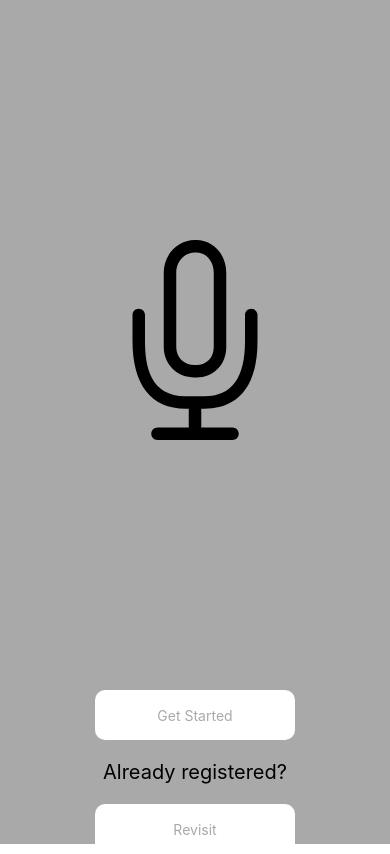
Repository: mortiestmorty1/recordings-app
Screen: / (app in frontend/)
The author's editor kept a copy of each file at every save. The screen is drawn from the files as they stood at one save, then again after the next save.
The app was drawn by React Native's web renderer in a window 390 px wide. The project was rebuilt for these pictures with package versions that can differ from the ones it lists, and the page was loaded fresh each time. Also part of the build but not shown: frontend/components/registerUser.js.

Above is the screen before, as saved 2024-03-07 23:44:51.

### frontend/App.js
import { StatusBar } from 'expo-status-bar';
import { StyleSheet, View } from 'react-native';
import RegisterUser from './components/registerUser.js';
import React from 'react';
import FirstScreen from './components/firstscreen.js';

export default function App() {
  const handleRegistrationSuccess = (userData) => {
    console.log('User registered:', userData);
  };

  return (
    <View style={styles.container}>
      <FirstScreen />
      {/* <RegisterUser onSubmit={handleRegistrationSuccess} /> */}
      <StatusBar style="auto" />
    </View>
  );
}

const styles = StyleSheet.create({
  container: {
    flex: 1,
    backgroundColor: '#fff',
    alignItems: 'center',
    justifyContent: 'center',
  },
});

### frontend/components/firstscreen.js
import React from 'react';
import { View, Text, StyleSheet, TouchableOpacity } from 'react-native';
import { Svg, Path } from 'react-native-svg';

const FirstScreen = () => {
  return (
    <View style={styles.container}>
      <Svg style={styles.logo} fill="#000000" width="200" height="200" viewBox="0 0 1024 1024">
        <Path d="M510.88 704h7.6C607.44 704 672 638.4 672 548.032V166.624C672 73.184 604.56 0 518.466 0h-7.584C423.264 0 352 74.752 352 166.624v381.408C352 636.944 420.304 704 510.88 704zM416 166.624C416 110.032 458.56 64 510.88 64h7.6C569.504 64 608 108.128 608 166.624v381.408C608 603.024 572.032 640 518.464 640h-7.584c-55.872 0-94.88-37.808-94.88-91.968zM800 352c-17.68 0-32 14.336-32 32v133.072c0 190.4-67.968 282.929-207.744 282.929H465.12c-182.8 0-209.12-153.84-209.12-282.928V384.001c0-17.664-14.336-32-32-32s-32 14.336-32 32v133.072c0 220.496 91.888 346.928 273.12 346.928H480v96H320c-17.664 0-32 14.336-32 32s14.336 32 32 32h384c17.664 0 32-14.336 32-32s-14.336-32-32-32H544v-96h16.256C684.224 864.001 832 803.809 832 517.072V384c0-17.664-14.32-32-32-32z" />
      </Svg>
      <View style={styles.content}>
        <TouchableOpacity style={styles.btn1} onPress={() => console.log("Get Started pressed")}>
          <Text style={styles.btnText}>Get Started</Text>
        </TouchableOpacity>
        <Text style={styles.text}>Already registered?</Text>
        <TouchableOpacity style={styles.btn1} onPress={() => console.log("Revisit pressed")}>
          <Text style={styles.btnText}>Revisit</Text>
        </TouchableOpacity>
      </View>
    </View>
  );
};

const styles = StyleSheet.create({
  container: {
    flex: 1,
    width: '100%', // Ensure the container spans the full width
    height: '100%',
    justifyContent: 'center',
    alignItems: 'center',
    backgroundColor: '#A9A9A9',
  },
  logo: {
    width: 200,
    height: 200,
    bottom: 100, // Changed from bottom to marginBottom for better layout control
  },
  text: {
    fontSize: 20,
    margin: 20,
  },
  content: {
    justifyContent: 'center',
    alignItems: 'center',
    top: 250, // Changed from top to marginTop for better layout control
  },
  btn1: {
    width: 200,
    height: 50,
    backgroundColor: 'white',
    borderRadius: 10,
    justifyContent: 'center',
    alignItems: 'center',
  },
  btnText: {
    color: '#A9A9A9', // Style for the text inside TouchableOpacity
  },
});

export default FirstScreen;

After the next save:
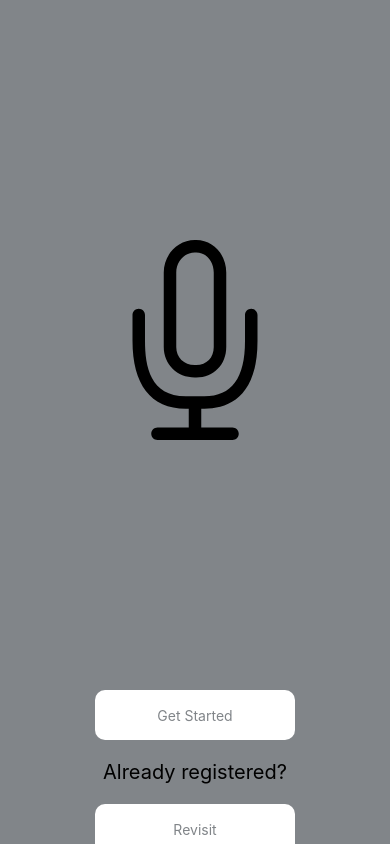
Saved 26 s later.
--- a/frontend/components/firstscreen.js
+++ b/frontend/components/firstscreen.js
@@ -28,7 +28,7 @@ const styles = StyleSheet.create({
     height: '100%',
     justifyContent: 'center',
     alignItems: 'center',
-    backgroundColor: '#A9A9A9',
+    backgroundColor: '#818589',
   },
   logo: {
     width: 200,
@@ -53,7 +53,7 @@ const styles = StyleSheet.create({
     alignItems: 'center',
   },
   btnText: {
-    color: '#A9A9A9', // Style for the text inside TouchableOpacity
+    color: '#818589', // Style for the text inside TouchableOpacity
   },
 });
 
